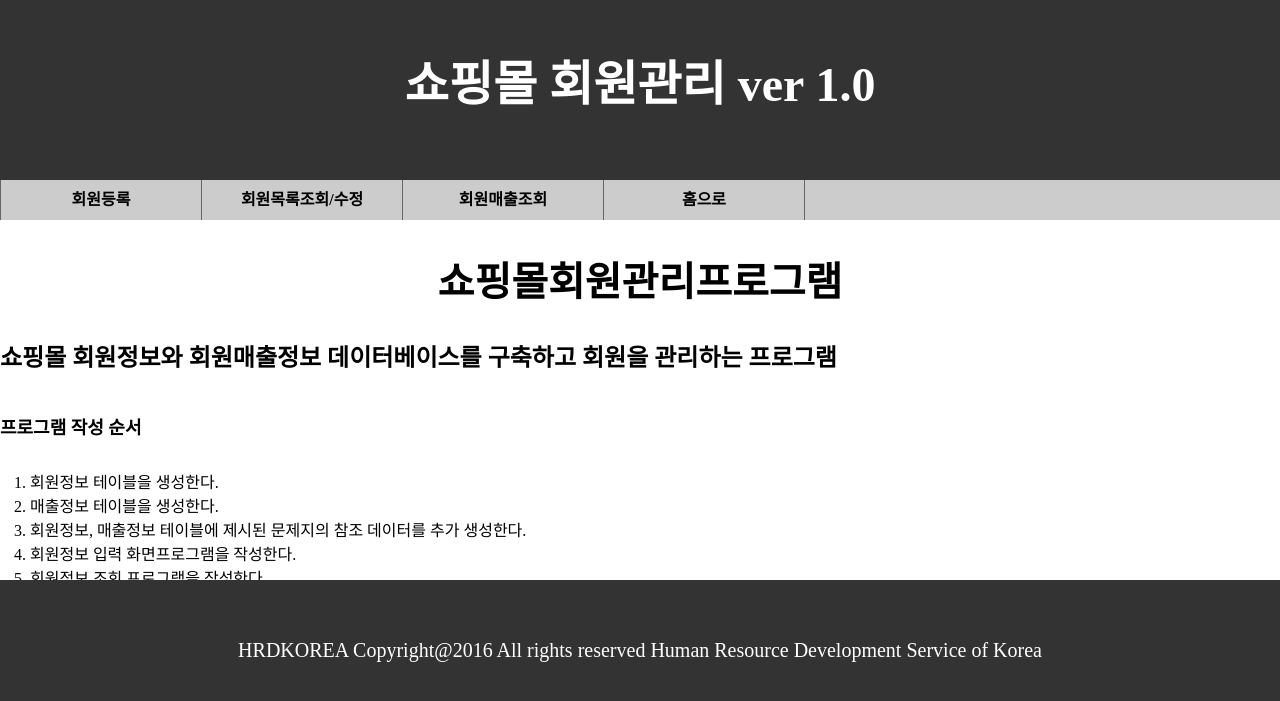
Repository: jsky1234/NCS
Page: http://localhost/HRD_1/admin.jsp
An editor plug-in stored every save of this project. The page is shown before and after the next save, followed by the edit.
The browser window is 1280 px wide. The pictures show the whole page.
The page is served by Tomcat 9.

Above is the page before, as saved 2020-11-10 01:26:23.

After the next save:
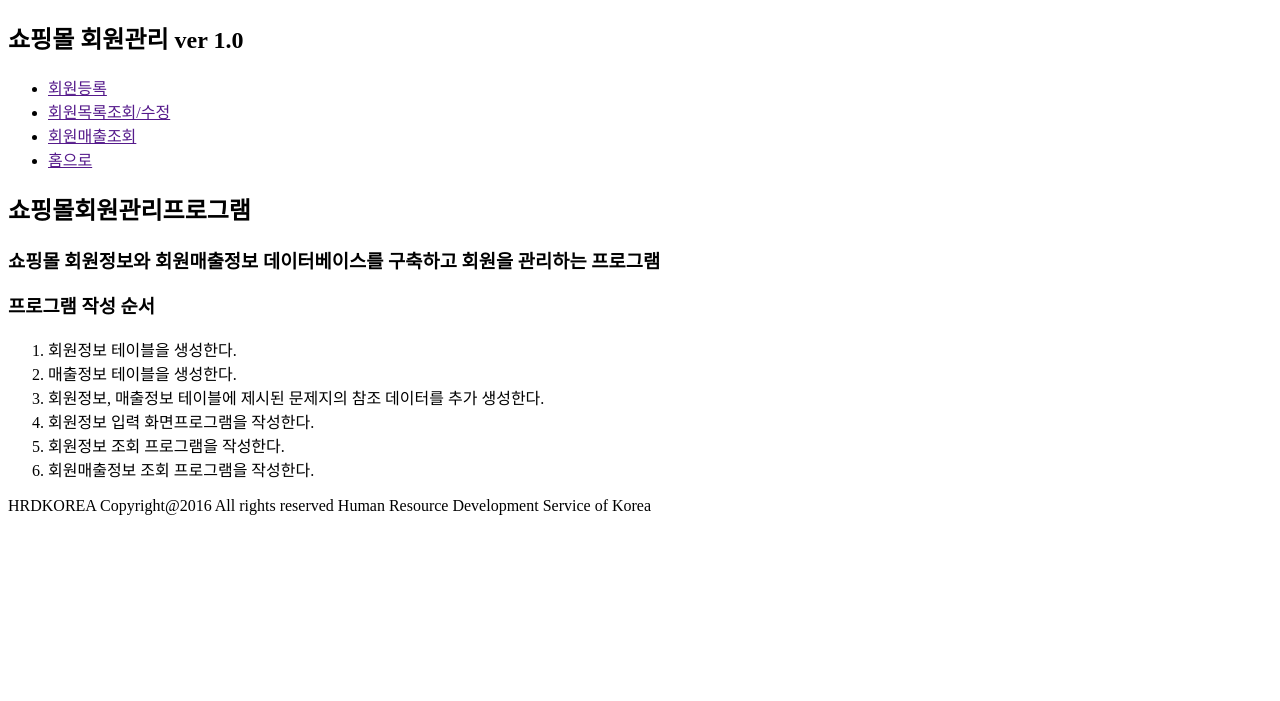
Saved 5 s later.
--- a/ncs1/HRD_1/WebContent/admin.jsp
+++ b/ncs1/HRD_1/WebContent/admin.jsp
@@ -5,31 +5,6 @@
 <head>
 <meta charset="UTF-8">
 <title>관리자 모드로 로그인 중</title>
-<style>
-* { margin: 0; padding: 0; }
-body, html { width: 100%; height: 100%; }
-ul { list-style : none; }
-a { text-decoration: none; }
-button, label, input { outline: 0; border: 0; user-select: none; }
-img { border: 0; }
-ol { padding: 30px; }
-
-.hd { clear: both; min-height: 180px; background-color: #333; }
-.tit { font-size: 48px; text-align: center; line-height: 140px; color: #fff; padding-top: 15px;}
-.gnb { clear: both; height: 40px; background-color: #cccccc; }
-.gnb li { float: left; min-width: 120px; width: auto; }
-.gnb a { display:block; text-align: center; line-height: 40px; width: 200px; height: 40px; color: #000000; font-weight: 700; border-left: 1px solid #666666; }
-.gnb li:last-child { border-right: 1px solid #666666; }
-
-.page { clear: both; padding: 30px 0 30px 0; }
-.page_tit { text-align: center; font-size: 40px; }
-.item_tit1 { font-size: 24px; margin-top: 30px; }
-.item_tit2 { font-size: 18px; margin-top: 40px;}
-
-.ft { clear: both; position: absolute;  width: 100%; bottom: 0; min-height:80px; height: 140px; background-color: #333; }
-.copyright { color: #fff; font-size: 20px; text-align: center; margin-top: 20px; line-height: 100px;}
-
-</style>
 </head>
 <body>
 <header class="hd">
